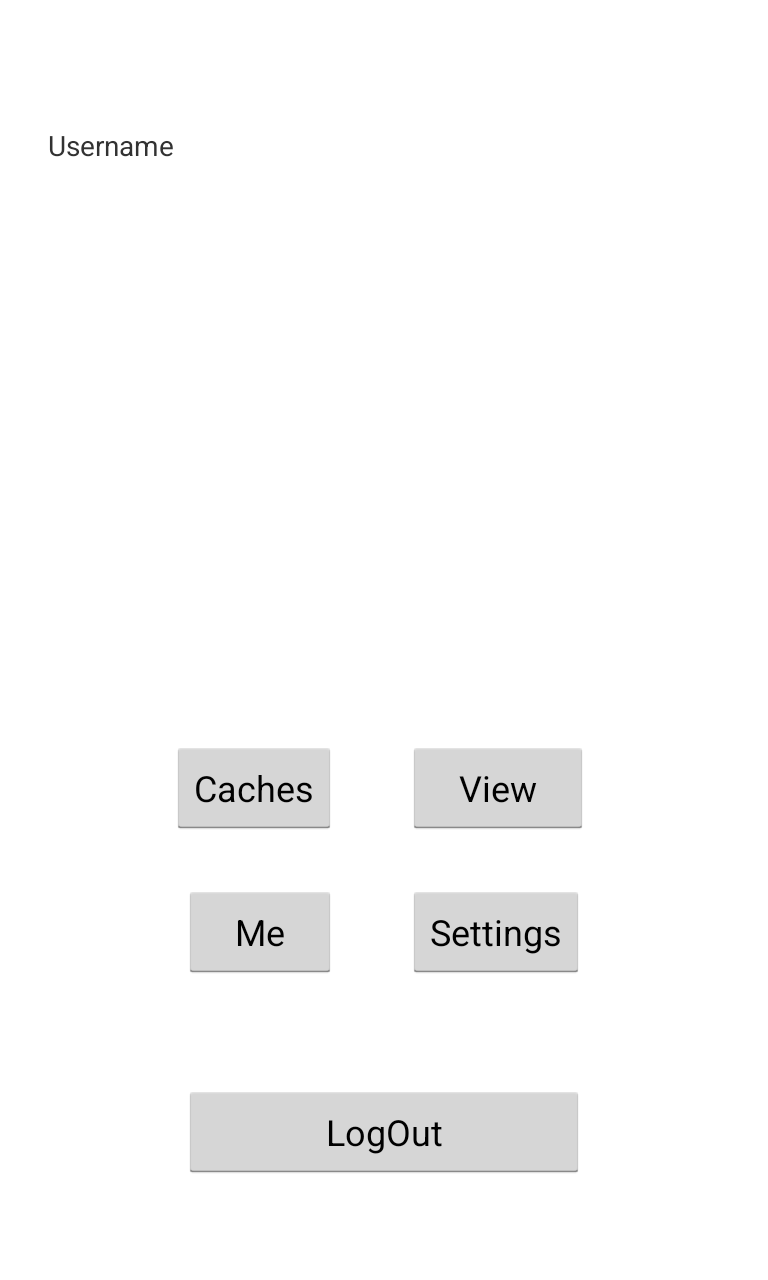
Repository: mpdehnel/seg
Layout: VectorOne/res/layout/activity_menue.xml
An editor plug-in stored every save of this project. The layout is shown before and after the next save, followed by the edit.
It is drawn on a 768 x 1280 px phone screen (xhdpi) without system bars, with theme AppTheme; the app's code is not run.

Above is the layout before, as saved 2013-02-15 01:55:44.

After the next save:
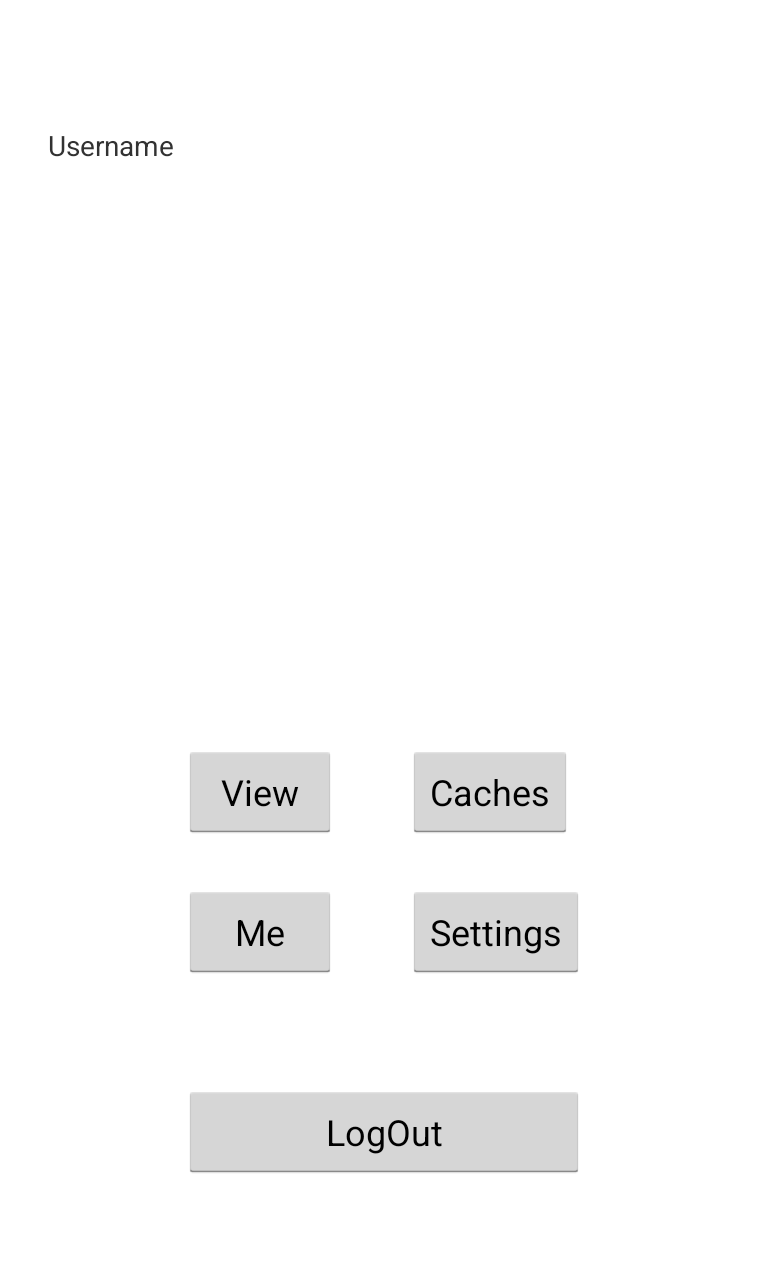
Saved 4 min 5 s later.
--- a/VectorOne/res/layout/activity_menue.xml
+++ b/VectorOne/res/layout/activity_menue.xml
@@ -36,15 +36,6 @@
         android:text="@string/button_settings" />
 
     <Button
-        android:id="@+id/button_maps"
-        android:layout_width="92dp"
-        android:layout_height="wrap_content"
-        android:layout_above="@+id/settingsbutton"
-        android:layout_alignLeft="@+id/settingsbutton"
-        android:layout_marginBottom="24dp"
-        android:text="@string/button_maps" />
-
-    <Button
         android:id="@+id/mebutton"
         android:layout_width="78dp"
         android:layout_height="wrap_content"
@@ -53,16 +44,6 @@
         android:layout_alignLeft="@+id/logout_button"
         android:onClick="user"
         android:text="@string/button_user" />
-
-    <Button
-        android:id="@+id/cachselectbutton"
-        android:layout_width="wrap_content"
-        android:layout_height="wrap_content"
-        android:layout_alignBaseline="@+id/button_maps"
-        android:layout_alignBottom="@+id/button_maps"
-        android:layout_alignRight="@+id/mebutton"
-        android:onClick="cachselect"
-        android:text="@string/button_cachselect" />
 
     <TextView
         android:id="@+id/MenueUsername"
@@ -74,4 +55,24 @@
         android:layout_marginTop="18dp"
         android:text="@string/username" />
 
+    <Button
+        android:id="@+id/button_maps"
+        android:layout_width="92dp"
+        android:layout_height="wrap_content"
+        android:layout_above="@+id/mebutton"
+        android:layout_alignLeft="@+id/mebutton"
+        android:layout_alignRight="@+id/mebutton"
+        android:layout_marginBottom="22dp"
+        android:text="@string/button_maps" />
+
+    <Button
+        android:id="@+id/cachselectbutton"
+        android:layout_width="wrap_content"
+        android:layout_height="wrap_content"
+        android:layout_alignBaseline="@+id/button_maps"
+        android:layout_alignBottom="@+id/button_maps"
+        android:layout_alignLeft="@+id/settingsbutton"
+        android:onClick="cachselect"
+        android:text="@string/button_cachselect" />
+
 </RelativeLayout>
